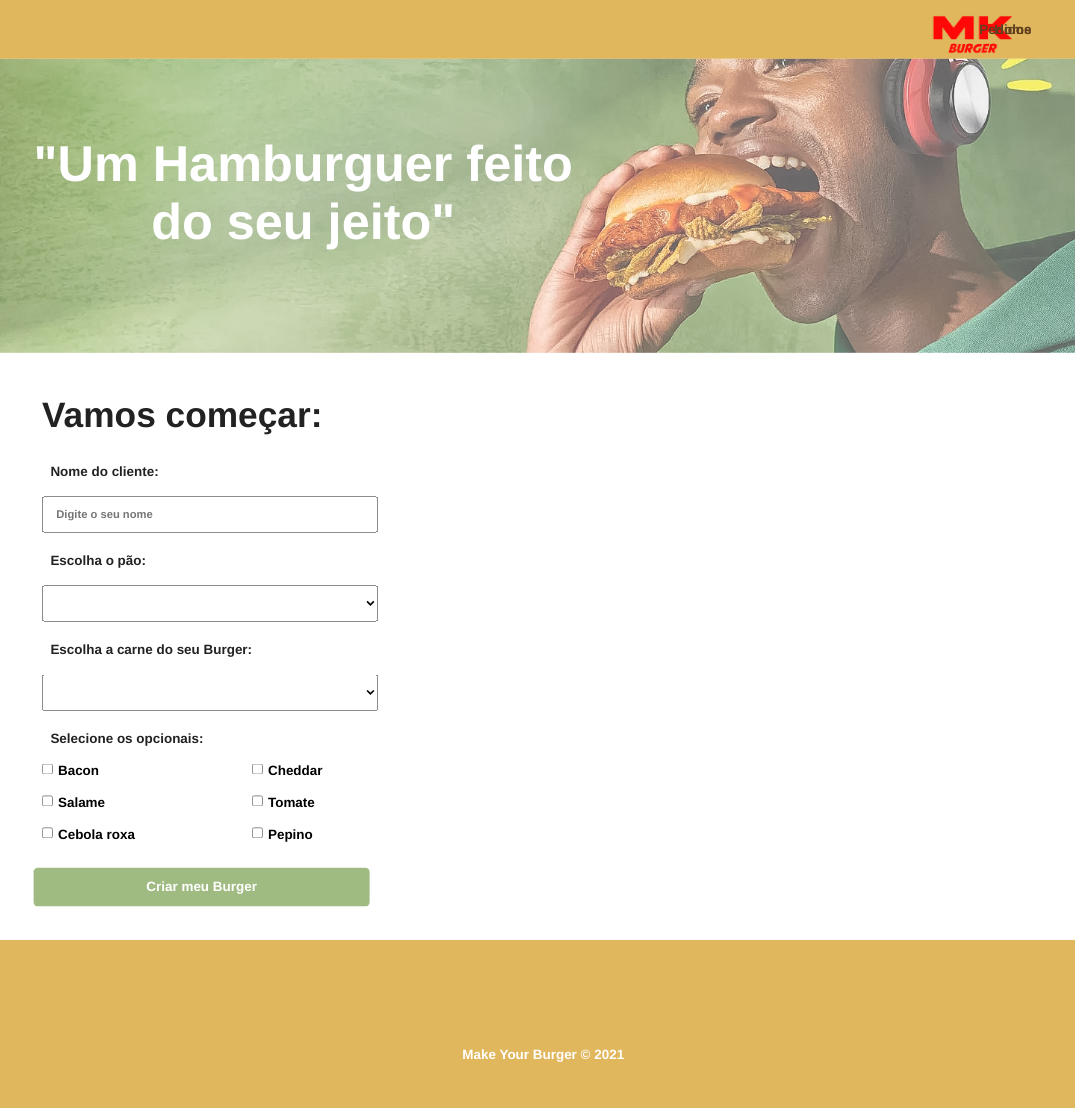
Repository: MarcoantonioCaldeira/Sistema-para-Hamburgueria
Page: /
An editor plug-in stored every save of this project. The page is shown before and after the next save, followed by the edit.
The browser window is 1280 px wide. The pictures show the whole page, at 84% of full size.
The project was rebuilt for these pictures with package versions that can differ from the ones it lists, and the page was loaded fresh each time. Requests to the local data server were answered from the project's data file. Also part of the build but not shown: vue.config.js.

Above is the page before, as saved 2022-11-02 22:30:01.

After the next save:
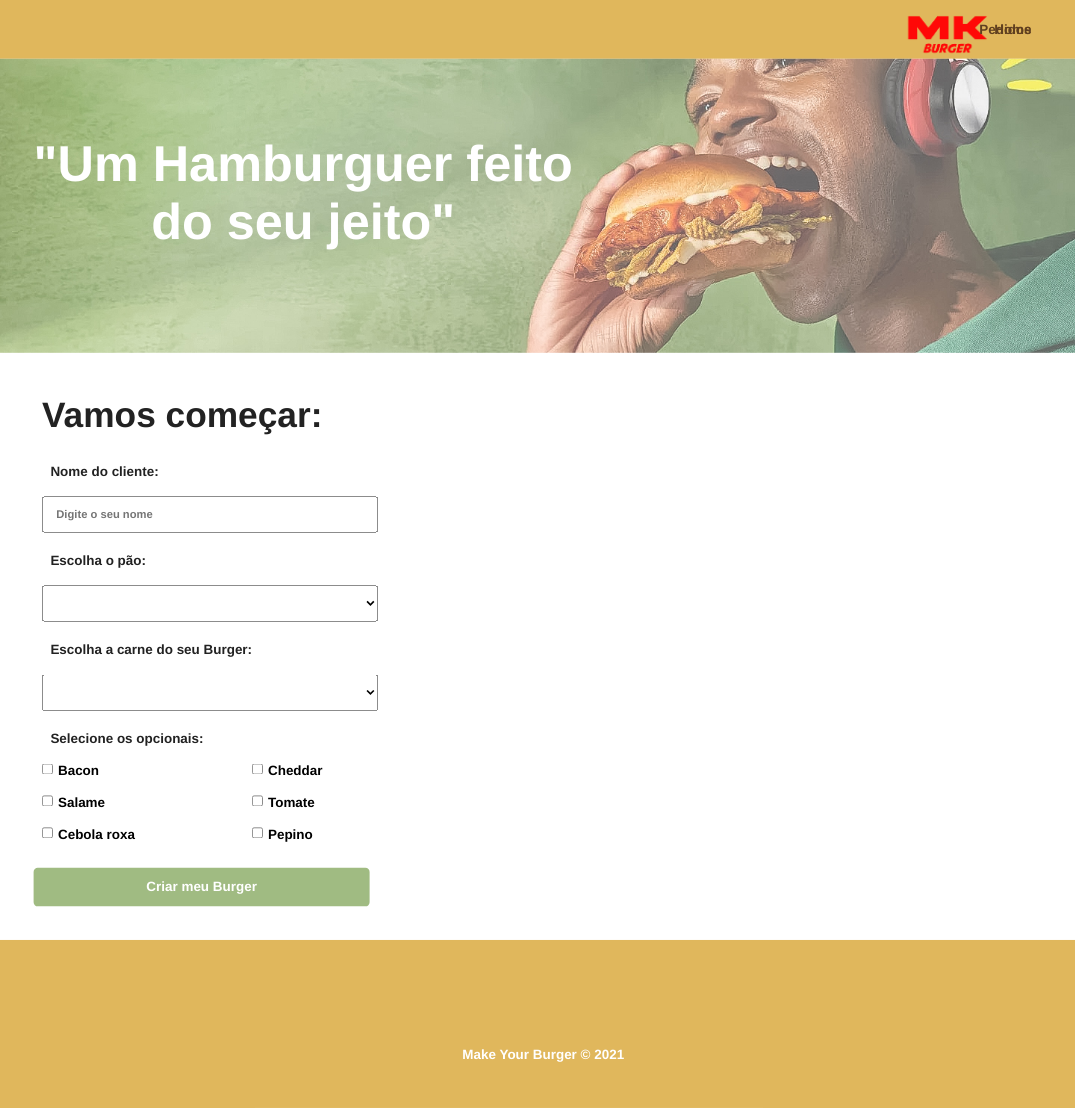
Saved 6 s later.
--- a/src/components/Navbar.vue
+++ b/src/components/Navbar.vue
@@ -31,7 +31,7 @@
       }
 
       #logo{
-        margin-left:-20%;
+        margin-left:-50%;
         width: 100px;
         height: 100px;
       }
